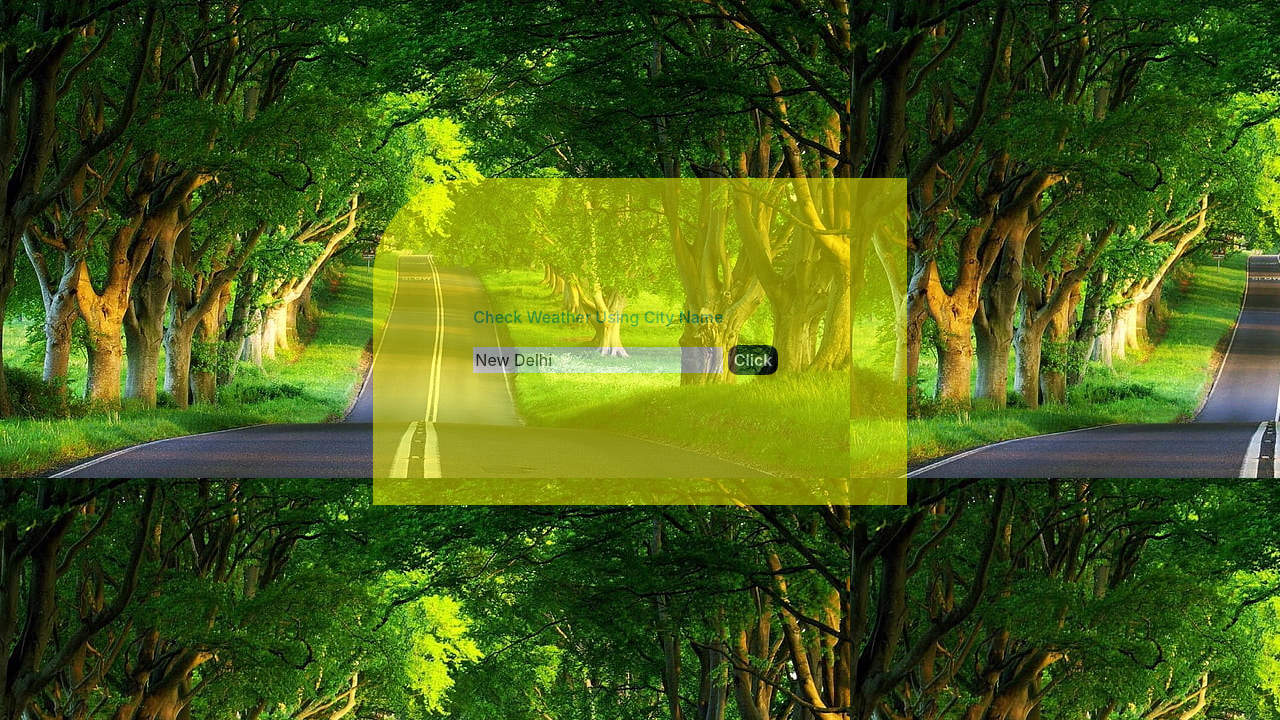
Repository: prashantkumarbind/Hospital-Weather-Concept
Page: http://localhost/weather-app/
An editor plug-in stored every save of this project. The page is shown before and after the next save, followed by the edit.
The browser window is 1280 px wide. The pictures show the whole page.
The page is served by Tomcat 9.

Above is the page before, as saved 2024-01-19 07:46:34.

After the next save:
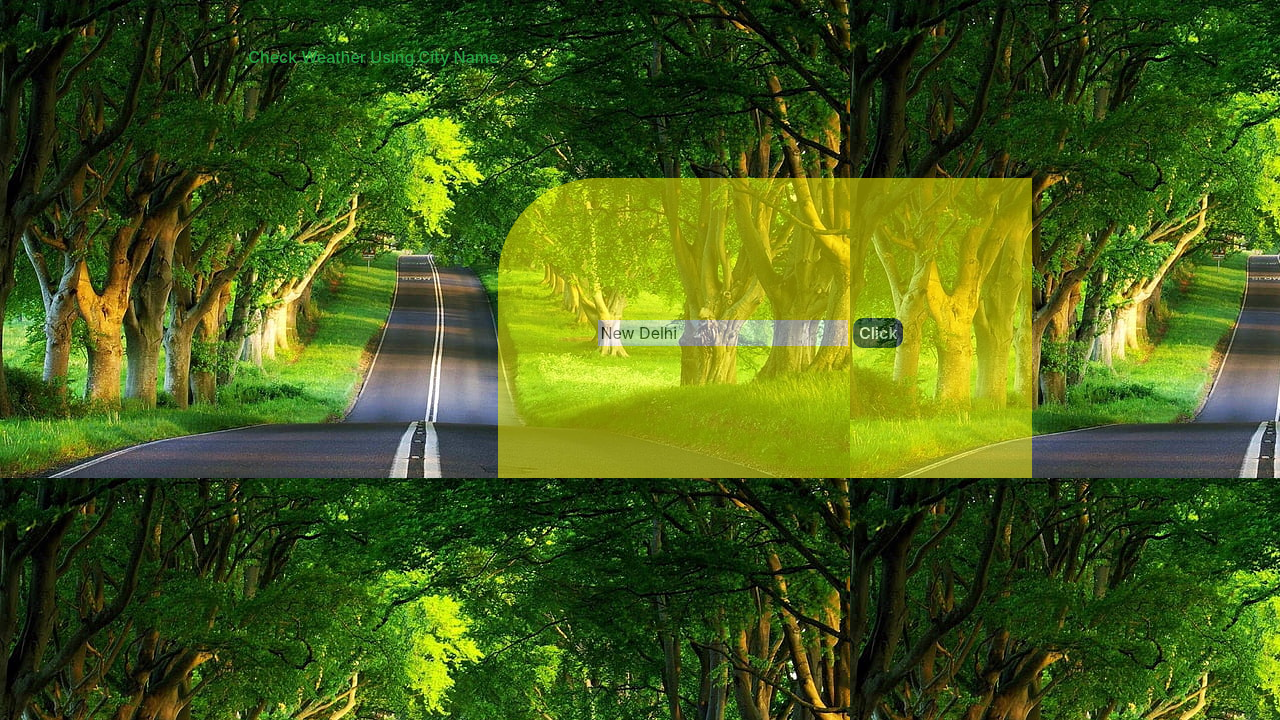
Saved 51 s later.
--- a/weather-app/src/main/webapp/index.jsp
+++ b/weather-app/src/main/webapp/index.jsp
@@ -46,8 +46,8 @@
 		<section class="form-top-header header-top mt-5">
 			<div class="container-fluid">
 				<div class="row justify-content-center">
+					<h6 class="text-success">Check Weather Using City Name</h6>
 					<div class="col-5 form controller ">
-						<h6 class="text-success">Check Weather Using City Name</h6>
 						<form action="FormDataController" method="Post">
 							 <div class="form-design">
 							 	<input class="text-design" type="text" name="city_name" value="New Delhi">

After the save that followed:
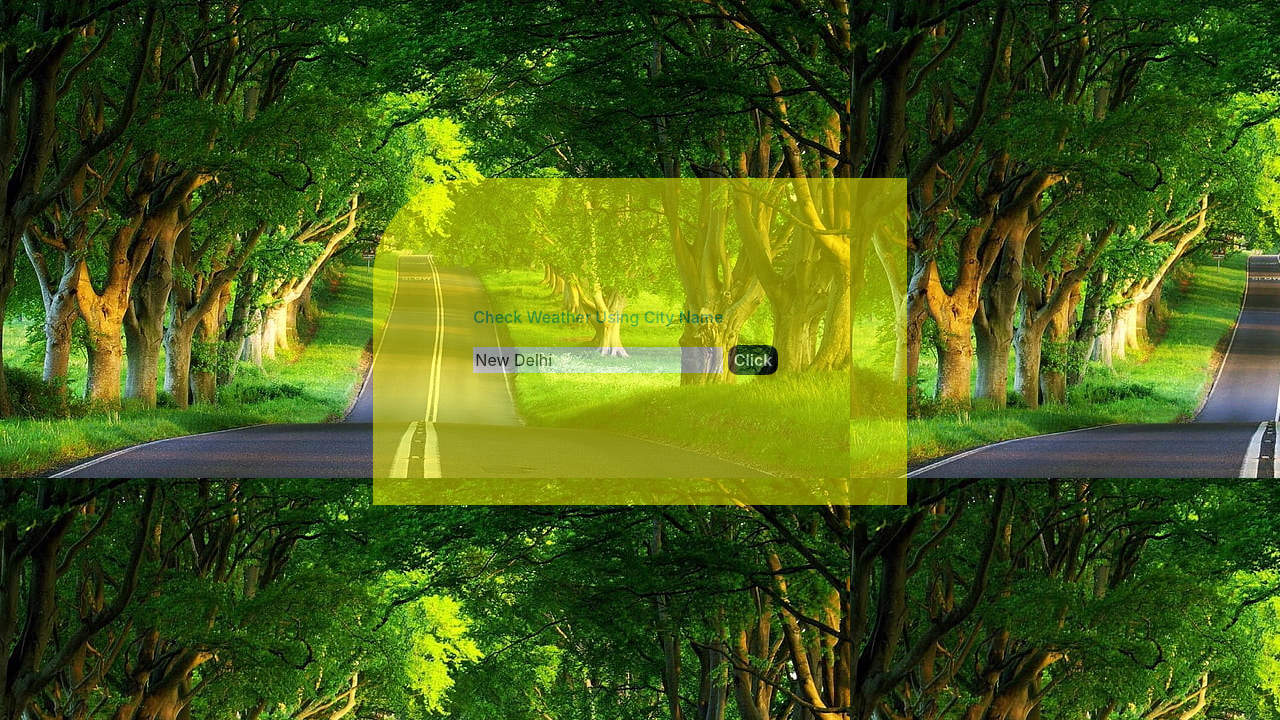
Saved 20 s later.
--- a/weather-app/src/main/webapp/index.jsp
+++ b/weather-app/src/main/webapp/index.jsp
@@ -46,8 +46,8 @@
 		<section class="form-top-header header-top mt-5">
 			<div class="container-fluid">
 				<div class="row justify-content-center">
-					<h6 class="text-success">Check Weather Using City Name</h6>
 					<div class="col-5 form controller ">
+						<h6 class="text-success">Check Weather Using City Name</h6>
 						<form action="FormDataController" method="Post">
 							 <div class="form-design">
 							 	<input class="text-design" type="text" name="city_name" value="New Delhi">
